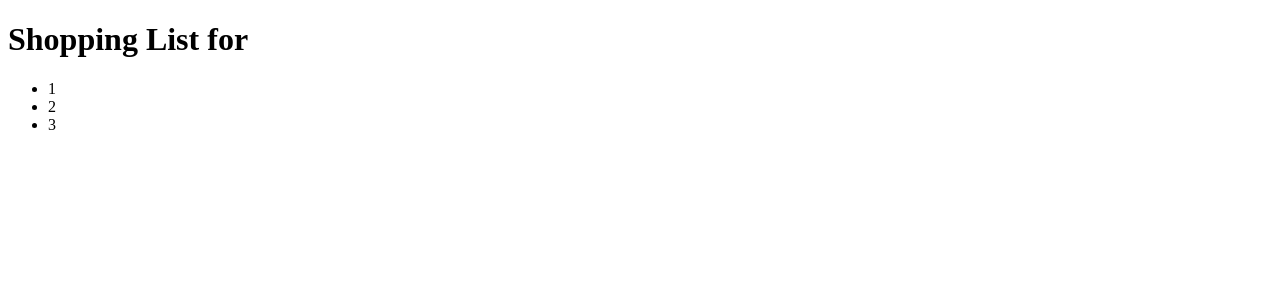
Repository: yhwsndbb/React
Page: /
These files come from the project's save history. The page is drawn as it stood at one moment and after a run of saves; the edit follows.
The browser window is 1280 px wide. The pictures show the whole page.
The project was rebuilt for these pictures with package versions that can differ from the ones it lists, and the page was loaded fresh each time.

Above is the page before, as saved 2022-04-20 16:27:02.

After the next 2 saves:
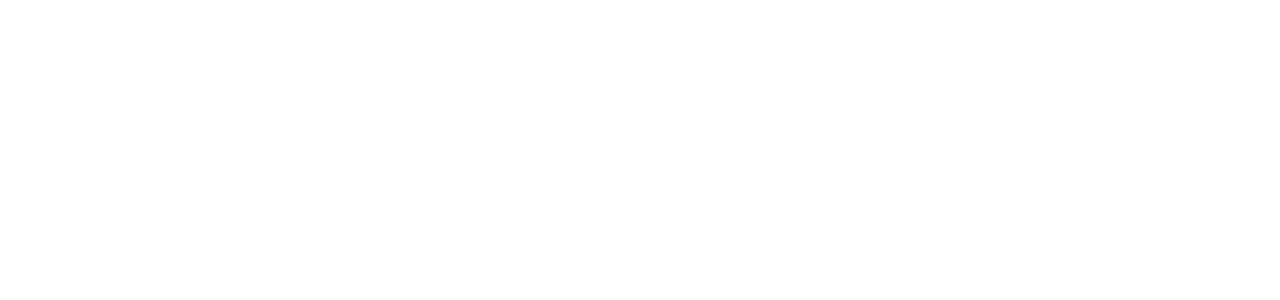
The 2 saves are shown as one change because they came seconds apart.
The last was saved 30 s later.
--- a/src/index.js
+++ b/src/index.js
@@ -14,4 +14,4 @@
         )
     }
 }
-ReactDOM.render(<ShoppingList/>, document.getElementById("root"))
+ReactDOM.render(ShoppingList, document.getElementById("root"))

After the save that followed:
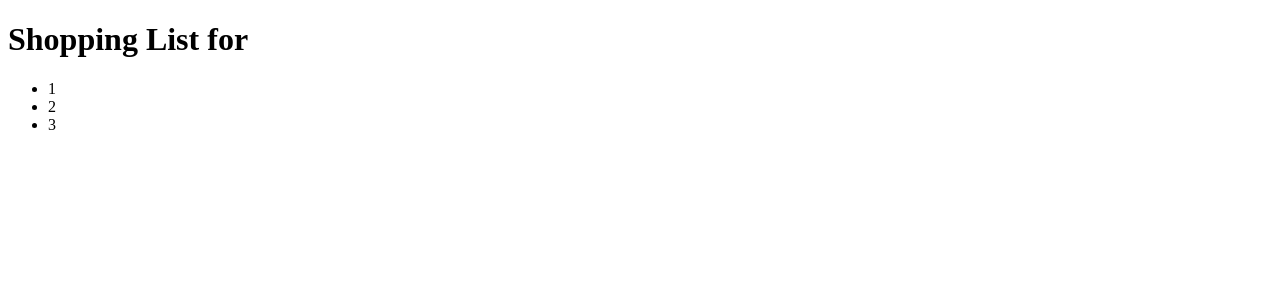
Saved 5 s later.
--- a/src/index.js
+++ b/src/index.js
@@ -14,4 +14,4 @@
         )
     }
 }
-ReactDOM.render(ShoppingList, document.getElementById("root"))
+ReactDOM.render(<ShoppingList/>, document.getElementById("root"))
